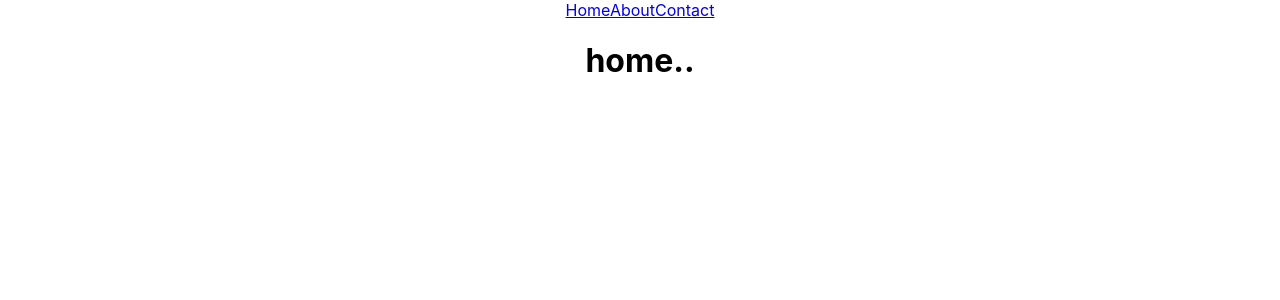
Repository: khoibanh113/reactBT
Page: / (app in testrouter/)
The author's editor kept a copy of each file at every save. The page is drawn from the files as they stood at one save, then again after the next save.
The browser window is 1280 px wide. The pictures show the whole page.
The project was rebuilt for these pictures with package versions that can differ from the ones it lists, and the page was loaded fresh each time. Also part of the build but not shown: testrouter/src/components/about.js, testrouter/src/components/contact.js.

Above is the page before, as saved 2021-01-25 14:16:40.

After the next save:
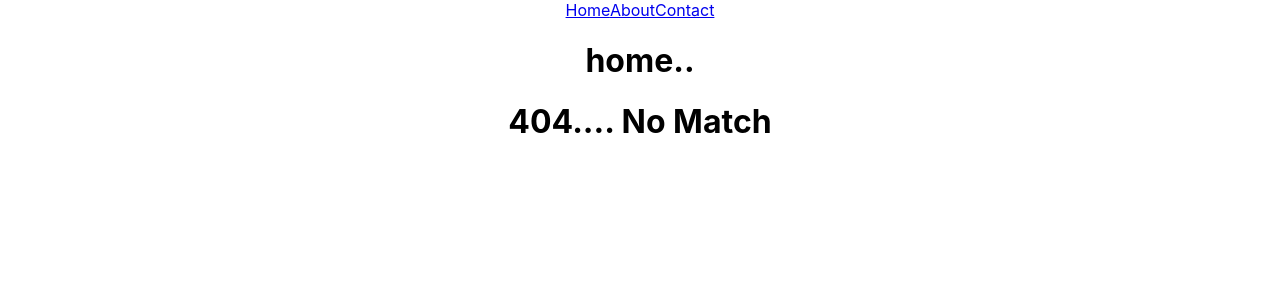
Saved 2 min 2 s later.
--- a/testrouter/src/App.js
+++ b/testrouter/src/App.js
@@ -15,12 +15,12 @@
             <NavLink to="/about"  >About</NavLink>
             <NavLink to="/contact"  >Contact</NavLink>
           </nav>
-          <Switch>
+          {/* <Switch> */}
             <Route path='/' exact  ><Home /></Route>
             <Route path='/about' ><About /></Route>
             <Route path='/contact'  ><Contact/></Route>
             <Route><NoMatch/></Route>
-          </Switch>
+          {/* </Switch> */}
         </div>
       </Router>
 

After the save that followed:
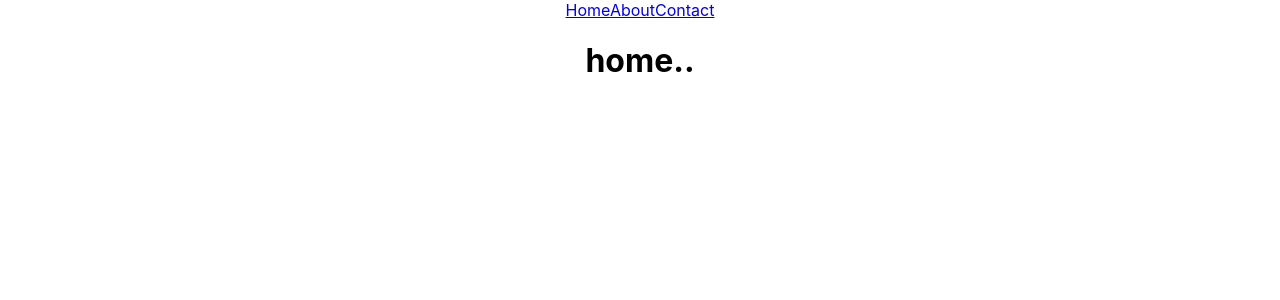
Saved 13 s later.
--- a/testrouter/src/App.js
+++ b/testrouter/src/App.js
@@ -15,12 +15,12 @@
             <NavLink to="/about"  >About</NavLink>
             <NavLink to="/contact"  >Contact</NavLink>
           </nav>
-          {/* <Switch> */}
+          <Switch>
             <Route path='/' exact  ><Home /></Route>
             <Route path='/about' ><About /></Route>
             <Route path='/contact'  ><Contact/></Route>
             <Route><NoMatch/></Route>
-          {/* </Switch> */}
+          </Switch>
         </div>
       </Router>
 
